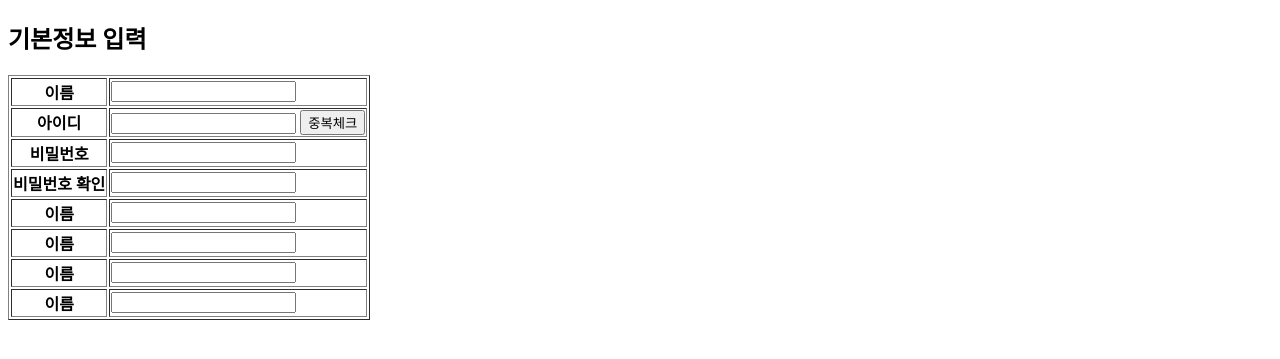
Repository: jinaa11/Kcc_Web
Page: Html/WebContent/mission3.html
An editor plug-in stored every save of this project. The page is shown before and after the next save, followed by the edit.
The browser window is 1280 px wide. The pictures show the whole page.

Above is the page before, as saved 2024-07-08 06:18:30.

After the next save:
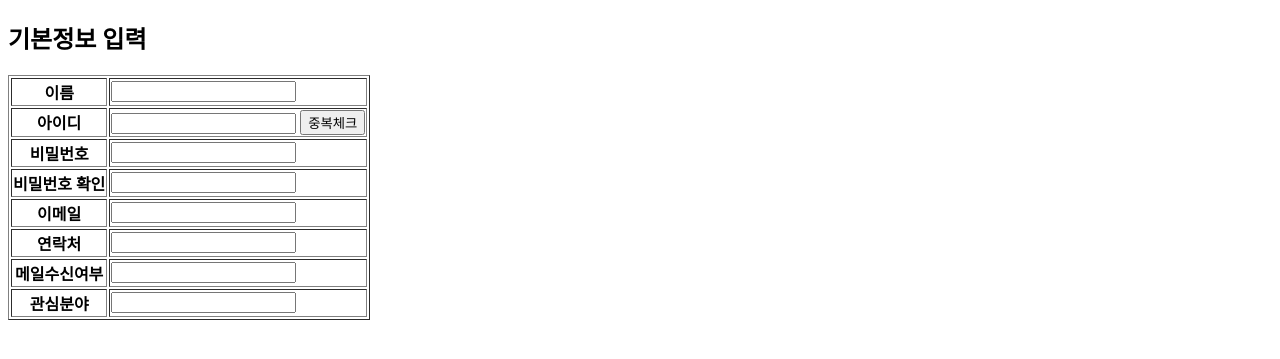
Saved 14 s later.
--- a/Html/WebContent/mission3.html
+++ b/Html/WebContent/mission3.html
@@ -34,25 +34,25 @@
 				</td>
 			</tr>
 			<tr>
-				<th>이름</th>
+				<th>이메일</th>
 				<td>
 					<input type="text" name="name">
 				</td>
 			</tr>
 			<tr>
-				<th>이름</th>
+				<th>연락처</th>
 				<td>
 					<input type="text" name="name">
 				</td>
 			</tr>
 			<tr>
-				<th>이름</th>
+				<th>메일수신여부</th>
 				<td>
 					<input type="text" name="name">
 				</td>
 			</tr>
 			<tr>
-				<th>이름</th>
+				<th>관심분야</th>
 				<td>
 					<input type="text" name="name">
 				</td>
